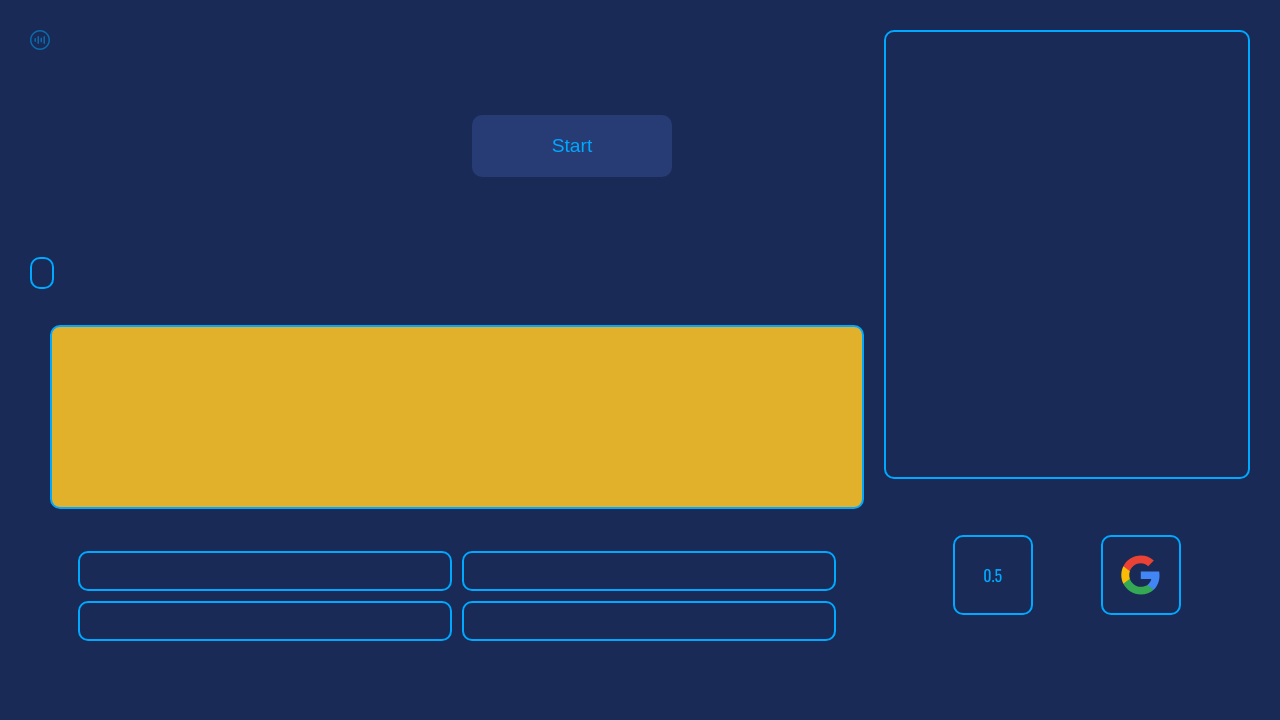
Repository: abdelrahmanahmed20021/Quiz-Platform
Page: index.html
These files come from the project's save history. The page is drawn as it stood at one moment and after the next save; the edit follows.
The browser window is 1280 px wide. The pictures show the whole page.

Above is the page before, as saved 2023-01-11 17:22:52.
Console error: TypeError: Cannot read properties of null (reading 'addEventListener')

### index.html
<!DOCTYPE html>
<html lang="en">

    <head>
        <!-- ======== Meta =========== -->
        <meta charset="UTF-8">
        <meta http-equiv="X-UA-Compatible" content="IE=edge">
        <meta name="viewport" content="width=device-width, initial-scale=1.0">
        <title>Question || Platform</title>
        <!-- ======== Links =========== -->
        <link rel="stylesheet" href="./styles/index.css">
        <link rel="stylesheet" href="./styles/responsive.css">
        <!-- ======== Links =========== -->
    </head>

    <body>
        <section>
            <div class="audio_cotroll">
                <audio src="./assets/1.mp3" class="audio" loop></audio>
                <img src="./assets/play.svg" alt="">
                <img src="./assets/stop.svg" class="active" alt="">
            </div>

            <div class="container_1">
                <div class="start_btn flex">
                    <button class="description hidde_animate_btn">See Explanation</button>
                    <button id="start_quest" class="hover">Start</button>
                </div>
                <span class="quest_index border"></span>
                <div class="quest_content">
                    <div class="quset_cont flex border"></div>
                    <div class="box flex">
                        <div class="answers flex">
                            <span class="answer border hover" answer='a'></span>
                            <span class="answer border hover" answer='b'></span>
                            <span class="answer border hover" answer='c'></span>
                            <span class="answer border hover" answer='d'></span>
                        </div>
                    </div>
                </div>
            </div>

            <div class="container_2">
                <div class="quest_index_num border flex"></div>
                <div class="icons_helper flex">
                    <div class="remove_2 border flex hover">0.5</div>
                    <div class="google border hover flex"><img src="./assets/Google.svg" alt="" width="60px"></div>
                </div>
            </div>
        </section>
        <script type="module" src="./script/index.js"></script>
    </body>

</html>

### styles/index.css
/* ========= Import || Font ||  ========= */
@import url('https://fonts.googleapis.com/css2?family=Oswald:wght@200;300;400;500;600;700&display=swap');
/* ========= Import || Font ||  ========= */




/* ========= Set || Variables ||  ========= */
:root {
    --mainColor: #192a56;
    --primaryColor: #273c75;
    --lightColor: #00a8ff;
    --greenColor: #e1b12c;
    --redColor: #487eb0;
    --mainFont: 'Oswald', sans-serif;
    --mainPadding: 40px;
    --primaryPadding: 20px;
    --mainFontSize: 1.2rem;
    --primaryFontSize: .72rem;
    --mainFontWigth: 500;
    --primaryFontWigth: 700;
}

/* ========= Set || Variables ||  ========= */




/* ========= Golbal || Styles ||  ========= */
*>*,
*::after,
*::before {
    padding: 0;
    margin: 0;
    box-sizing: border-box;
    transition: all .5s ease-in-out;
    user-select: none;
    user-zoom: none;
    -webkit-user-drag: none;
}

body {
    background-color: var(--mainColor);
    font-family: var(--mainFont);
}

.flex {
    display: flex;
    align-items: center;
    justify-content: center;
}

.box {
    height: 50%;
}

.border {
    border: 2px solid var(--lightColor);
    border-radius: 10px;
}

.hover:hover {
    background-color: var(--lightColor) !important;
    color: var(--primaryColor) !important;
}

.hover_min_width:active {
    background-color: var(--lightColor) !important;
    color: var(--primaryColor) !important;
}

::-webkit-scrollbar {
    width: 5px;
}

::-webkit-scrollbar-thumb {
    background-color: var(--greenColor);
    border-radius: 10px;
}

/* ========= Golbal || Styles ||  ========= */



/* ========= Main || ElE || Styles ||  ========= */
body>section {
    display: flex;
    height: 100vh;
    padding: 30px;
}

body>section .container_1 {
    width: 70%;
    height: 100%;
}

body>section .container_2 {
    width: 30%;
    height: 100%;
    overflow: hidden;
}

body>section .container_1 .start_btn {
    height: 35%;
    gap: 30px;
}

/* ========= Main || ElE || Styles ||  ========= */

/* ========= Audio || Styles ||  ========= */

body>section>.audio_cotroll {
    position: relative;
}

body>section>.audio_cotroll img {
    top: 0;
    left: 0;
    cursor: pointer;
    position: absolute;
    width: 0;
    height: 0;
    opacity: 0;
}

body>section>.audio_cotroll .active {
    opacity: 1;
    z-index: 100;
    width: auto;
    height: auto;
}

/* ========= Audio || Styles ||  ========= */


/* ========= Container || One || Styles ||  ========= */
body>section .container_1 .start_btn button {
    padding: var(--primaryPadding);
    width: 200px;
    border: 0;
    outline: 0;
    border-radius: 10px;
    font-size: var(--mainFontSize);
    background-color: var(--primaryColor);
    color: var(--lightColor);
    cursor: pointer;
    font-weight: var(--mainFontWigth);
}
body>section .container_1 .start_btn button:hover{
    background-color: var(--lightColor);
    color: var(--mainColor);
}
body>section .container_1 .quest_content {
    height: 65%;
    padding: var(--mainPadding) var(--primaryPadding);
}

body>section .container_1 .quest_content .quset_cont {
    position: relative;
    font-size: var(--mainFontSize);
    color: var(--lightColor);
    background-color: transparent;
    padding: 90px;
    flex-wrap: wrap;
    justify-content: space-between;
    gap: 10px;
    background-color: #e1b12c;
}
body>section .container_1 .quest_content .quset_cont img{
    width: 400px;
}
body>section .container_1 .quest_index {
    padding: 2px 10px;
    font-size: 16px;
    color: var(--lightColor);
}

body>section .container_1 .quest_content .answers {
    width: 100%;
    justify-content: center;
    flex-wrap: wrap;
}

body>section .container_1 .quest_content .answers span {
    width: 46%;
    margin: 5px;
    min-height: 40px;
    text-align: center;
    padding: 5px 0;
    cursor: pointer;
    color: var(--lightColor);
}


/* ========= Container || One || Styles ||  ========= */




/* ========= Container || Two || Styles ||  ========= */
body>section .container_2 .quest_index_num {
    justify-content: space-between;
    flex-direction: column-reverse;
    min-height: 68%;
    max-height: 68%;
    padding-bottom: 400px;
    margin-bottom: 30px;
    overflow: auto;
}


body>section .container_2 .quest_index_num p {
    display: block;
    width: 100%;
    text-align: center;
    color: var(--primaryColor);
}

body>section .container_2 .quest_index_num .correct_answer {
    background-color: transparent !important;
    color: var(--greenColor) !important;
}

body>section .container_2 .quest_index_num .falsey_answer {
    background-color: transparent !important;
    color: var(--primaryColor) !important;
}

body>section .container_2 .icons_helper {
    justify-content: space-evenly;
    height: 20%;
}

body>section .container_2 .icons_helper .remove_2 {
    width: 80px;
    height: 80px;
    cursor: pointer;
    color: var(--lightColor);
}

body>section .container_2 .icons_helper .google {
    cursor: pointer;
    width: 80px;
    height: 80px;
}

/* ========= Container || Two || Styles ||  ========= */

/* ========= Actives || Class || Styles ||  ========= */
.active_point_quest {
    color: var(--lightColor) !important;
    font-weight: var(--primaryFontWigth);
    font-size: var(--mainFontSize);
}

.falsey_answer {
    background-color: var(--redColor) !important;
    color: var(--lightColor) !important;
}
.falsey_answer_p{
    color: red !important;
}
.correct_answer {
    background-color: var(--greenColor) !important;
    color: var(--lightColor) !important;
}

.hidde_animate_btn {
    transform: scale(0);
    width: 0;
}

/* ========= Actives || Class || Styles ||  ========= */

### styles/responsive.css
/* ===========  Tablets || Sizes  =============== */
/* =============== Sm ================ */
@media screen and (min-width:360px) and (max-width:960px) {
    :root {
        --mainPadding: 20px;
        --primaryPadding: 10px;
        --mainFontSize: 1rem;
        --mainFontWigth: 400;
        --primaryFontWigth: 500;
    }

    body>section {
        flex-direction: column;
        padding: 20px 10px;
    }

    body>section .container_1 {
        width: 100%;
        height: 70%;

    }

    body>section .container_1 .start_btn {
        height: 20%;
    }

    body>section .container_2 {
        width: 100%;
        height: 30%;
    }

    body>section .container_2 .quest_index_num {
        min-height: 58%;
        max-height: 58%;
        padding-bottom: 0;
        padding-left: 400px;
    }

    body>section .container_2 .icons_helper {
        justify-content: space-between;
    }

    body>section .container_1 .quest_content .quset_cont {
        padding: 40px;
    }

    body>section .container_1 .quest_content .answers span {
        font-size: var(--primaryFontSize);
        font-weight: var(--primaryFontWigth);
    }

    body>section .container_2 .icons_helper .remove_2 {
        width: 60px;
        height: 60px;
    }

    body>section .container_2 .icons_helper .google {
        width: 60px;
        height: 60px;
    }

}

/* =============== Sm ================ */
/* ===========  Tablets || Sizes  =============== */

### script/index.js
import { data } from './../auth/data.js';
//============= Set || Nodes || ==================>
const audio = document.querySelector('.audio');
const start_quest = document.querySelector('#start_quest');
const quset_cont = document.querySelector('.quset_cont');
const quest_index = document.querySelector('.quest_index');
const answer = document.querySelector('.answers');
const quest_index_num = document.querySelector('.quest_index_num');
const remove_2 = document.querySelector('.remove_2');
const google = document.querySelector('.google');
const answers = document.querySelectorAll('.answer');
const audio_cotroll_img = document.querySelectorAll('.audio_cotroll img');
const description = document.querySelector(".description");
const src_quesion_img = document.querySelector(".src_quesion_img");
const poper_img = document.querySelector("#poper_img");
const poper_img_head = document.querySelector("#poper_img h1");
const poper_deleter = document.querySelector(".poper_deleter");
const black_btn = document.querySelector(".black-btn");
const poper_appender = document.querySelector(".poper_appender");
const black_wolf = document.querySelector(".black-wolf");
const quest_index_answer = document.querySelector(".quest_index_answer");
const sec_screen = document.querySelector(".sec_screen");
const full_screen = document.querySelector(".full_screen");
let start = 0;
let answer_data;
let right_answers = 0;
let unRight_answers = 0;
//============= Set || Nodes || ==================>
//======= Set || classes || =======>
class DrawUi {
    constructor(data, index) {
        this.data = data;
        this.index = index;
        this.state = true;
    }
    //======= Draw || All ||  Content || Ui =======>
    draw() {
        if (this.data != undefined && this.index != undefined) {
            this.stop_Quiz(this.data);
            if (this.state) {
                this.draw_Quest(this.data);
                this.draw_Quest_line(this.data);
            }
        }
        else {
            console.warn('please Enter data src and index of start');
        }
    }
    //======= Draw || All ||  Content || Ui =======>
    //======= Draw || Questions || Answers =======>
    draw_Quest(values) {
        let recust = ['a', 'b', 'c', 'd'];
        quset_cont.innerHTML = `<p>${values[this.index].quest}</p>`;
        src_quesion_img.src = `${values[this.index].img}`;
        if (values[this.index].img != "") {
            poper_img_head.innerText = "";
        }
        else {
            poper_img_head.innerText = "No Image At This Question";
        }
        answers.forEach((ele, index) => {
            ele.innerText = values[this.index][recust[index]];
        });
        quest_index.innerText = `Question : ${this.index + 1}`;
        quest_index_answer.innerText = `SCORE : ${right_answers} / ${values.length}`;
    }
    //======= Draw || Questions || Answers =======>
    //======= Draw || Questions || Lines =======>
    draw_Quest_line(values) {
        const quest_index_num_elements = quest_index_num.children;
        if (quest_index_num_elements.length == 0) {
            values.forEach((ele, index) => {
                quest_index_num.innerHTML += `<p>Q.${index + 1}</p>`;
            });
        }
        Array.from(quest_index_num_elements).forEach(ele => {
            ele.classList.remove('active_point_quest');
        });
        quest_index_num_elements[this.index].classList.add('active_point_quest');
    }
    //======= Draw || Questions || Lines =======>
    //======= Check || Index || Stop "Quiz" =======>
    stop_Quiz(values) {
        if (this.index > values.length - 1) {
            this.state = false;
        }
    }
}
class Checker {
    constructor() {
        this.darwer = new DrawUi(data, start);
        this.quest_index_num = quest_index_num.children;
    }
    //======= Check || All ||  Content || Answers =======>
    main_checker(ele) {
        this.answer_check(this.darwer.data);
        this.line_check(this.darwer.data, ele);
        this.Repeat(this.darwer.data);
    }
    //======= Check || All ||  Content || Answers =======>
    //======= Set|| All ||  Content || Answers =======>
    set_answers(data, state, statement) {
        if (state) {
            answers.forEach(ele => {
                if (ele.getAttribute('answer') != data[this.darwer.index].answer) {
                    ele.classList.add('falsey_answer');
                }
                else {
                    ele.classList.add('correct_answer');
                }
                if (statement) {
                    setTimeout(() => {
                        ele.classList.remove('falsey_answer');
                        ele.classList.remove('correct_answer');
                    }, 1200);
                }
            });
        }
    }
    //======= Set|| All ||  Content || Answers =======>
    //======= Set || All ||  Styles || Answers =======>
    answer_check(data) {
        if (this.darwer.index < data.length && this.darwer.index != data.length - 1) {
            this.set_answers(data, true, true);
        }
        else {
            this.set_answers(data, true, false);
        }
        setTimeout(() => {
            this.darwer.draw();
        }, 1200);
    }
    //======= Set || All ||  Styles || Answers =======>
    //======= Set || All ||  Styles || Answers || Lines =======>
    line_check(data, ele) {
        if (this.darwer.index < data.length) {
            if (ele.getAttribute('answer') == data[this.darwer.index].answer) {
                this.quest_index_num[this.darwer.index].classList.add('correct_answer');
                this.darwer.index++;
                right_answers++;
            }
            else {
                this.quest_index_num[this.darwer.index].classList.add('falsey_answer_p');
                this.darwer.index++;
                unRight_answers++;
            }
        }
    }
    //======= Set || All ||  Styles || Answers || Lines =======>
    //======= Reapet_Quiz || =======>
    Repeat(data) {
        if (this.darwer.index == data.length) {
            start_quest.classList.remove('hidde_animate_btn');
            description === null || description === void 0 ? void 0 : description.classList.remove("description_hidde");
            start_quest.innerText = 'Repeat';
            start_quest.addEventListener('click', () => {
                location.reload();
            });
        }
    }
}
class Delet {
    constructor(ele, data, index) {
        this.ele = ele;
        this.data = data;
        this.index = index;
    }
    swper() {
        if (this.ele.innerText == '0.5') {
            this.get_data();
        }
        else {
            window.open('https://google.com/');
        }
    }
    get_data() {
        this.delete(data);
    }
    delete(data) {
        if (quset_cont.innerText != '') {
            let falsey_data = [];
            Array.from(answers).filter((ele, index) => {
                if (ele.getAttribute('answer') != data[this.index].answer) {
                    falsey_data.push(index);
                }
            });
            answers[falsey_data[0]].innerText = '';
            answers[falsey_data[1]].innerText = '';
        }
    }
}
//======= Set || classes || =======>
//======= Start || Quiz || App =======>
start_quest.addEventListener('click', start_app);
function start_app(e) {
    if (sec_screen.requestFullscreen) {
        sec_screen.requestFullscreen();
        full_screen.innerText = "Close the full page Mode";
    }
    //======= Audio || Controls =======>
    audio.play();
    audio_cotroll_img[1].classList.remove('active');
    audio_cotroll_img[0].classList.add('active');
    //======= Audio || Controls =======>
    //======= Draw || Ui || Class =======>
    const play = new DrawUi(data, start);
    play.draw();
    //======= Draw || Ui || Class =======>
    //======= Checker || In || Chossen =======>
    const chek = new Checker();
    answers.forEach(ele => {
        ele.addEventListener('click', (e) => {
            chek.main_checker(e.target);
            quest_index_num.scrollTop = -45 * (unRight_answers + right_answers);
        });
    });
    //======= Checker || In || Chossen =======>
    //======= Delet || Button || And Event =======>
    e.target.classList.add("hidde_animate_btn");
    e.target.removeEventListener('click', start_app);
    //======= Delet || Button || And Event =======>
    //======= Remove || Two || Answers =======>
    remove_2.addEventListener("click", (e) => {
        const deleter = new Delet(e.target, chek.darwer.data, chek.darwer.index);
        deleter.swper();
    });
    //======= Remove || Two || Answers =======>
    //===== Simple || Animate ========>
    quest_index_num.style.padding = '0';
}
//======= Start || Quiz || App =======>
//======= Audio || Controller || App =======>
audio_cotroll_img.forEach(ele => {
    ele.addEventListener('click', () => {
        if (audio.paused) {
            audio_cotroll_img[1].classList.remove('active');
            audio_cotroll_img[0].classList.add('active');
            audio.play();
        }
        else if (!audio.paused) {
            audio_cotroll_img[1].classList.add('active');
            audio_cotroll_img[0].classList.remove('active');
            audio.pause();
        }
    });
});
//======= Audio || Controller || App =======>
//========= Handel  || Hover  || Effect  || in  || Small  || Deveices ||  ============>
window.addEventListener('resize', () => {
    if (window.innerWidth < 961) {
        const hover = document.querySelectorAll('.hover');
        hover.forEach(ele => {
            ele.classList.add('hover_2');
            ele.classList.remove('hover');
        });
        console.warn('resized to small delet hover');
    }
    else {
        const hover_2 = document.querySelectorAll('.hover_2');
        hover_2.forEach(ele => {
            ele.classList.add('hover');
            ele.classList.remove('hover_2');
        });
        console.warn('resized to Big add hover');
    }
});
//========= Handel  || Hover  || Effect  || in  || Small  || Deveices ||  ============>
poper_deleter === null || poper_deleter === void 0 ? void 0 : poper_deleter.addEventListener("click", () => {
    poper_img.classList.add("hide_poper");
    if (sec_screen.requestFullscreen) {
        sec_screen.requestFullscreen();
    }
});
poper_appender === null || poper_appender === void 0 ? void 0 : poper_appender.addEventListener("click", () => {
    poper_img.classList.remove("hide_poper");
    // if(document.exitFullscreen) {
    //     document.exitFullscreen();
    //   }
});
description === null || description === void 0 ? void 0 : description.addEventListener("click", () => {
    window.location.href = "info.html";
});
black_btn.addEventListener("click", () => {
    black_wolf.style.display = "none";
});
full_screen.addEventListener("click", () => {
    if (full_screen.innerText == "Close the full page Mode") {
        if (document.exitFullscreen) {
            document.exitFullscreen();
            full_screen.innerText = "Active the full page Mode";
        }
    }
    else {
        if (sec_screen.requestFullscreen) {
            sec_screen.requestFullscreen();
            full_screen.innerText = "Close the full page Mode";
        }
    }
});

Loaded but not shown: auth/data.js (318 lines, source omitted)

After the next save:
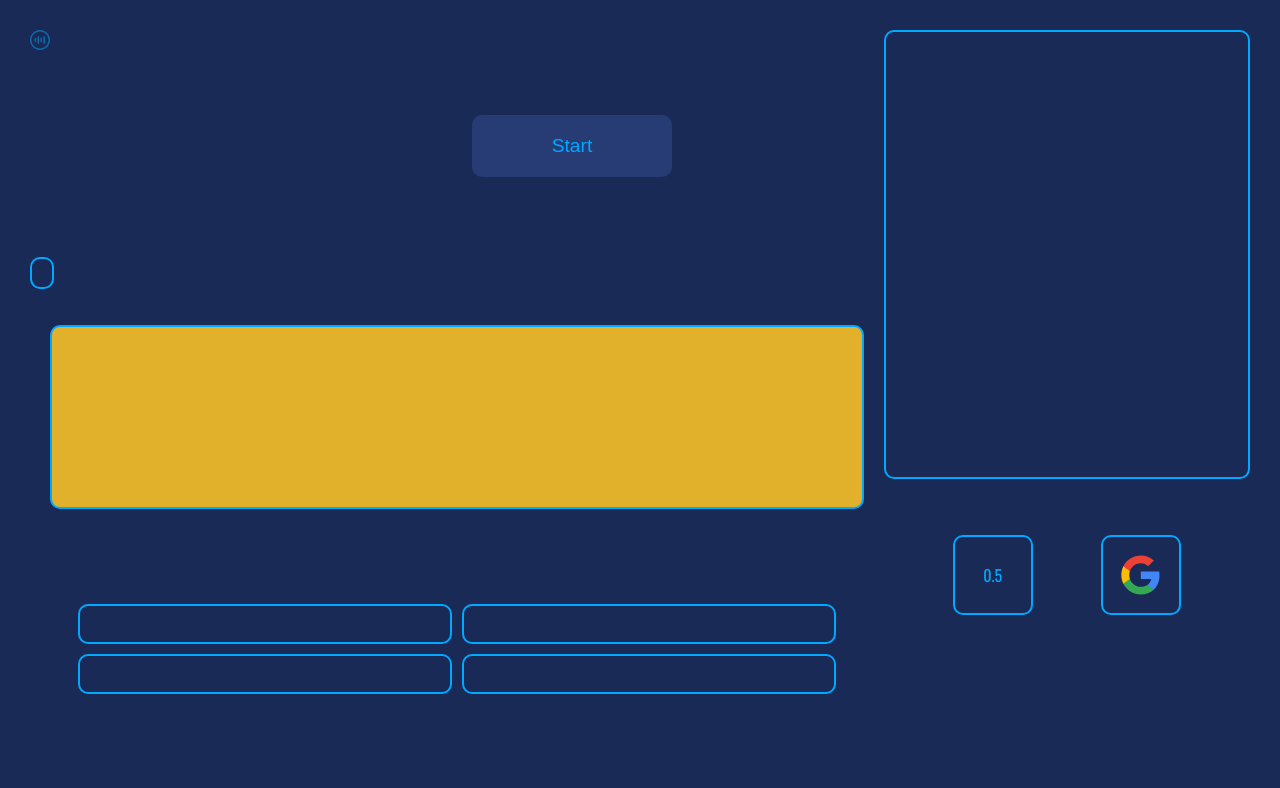
Saved 85 s later.
--- a/styles/index.css
+++ b/styles/index.css
@@ -51,7 +51,7 @@ body {
 }
 
 .box {
-    height: 50%;
+    height: 80%;
 }
 
 .border {
